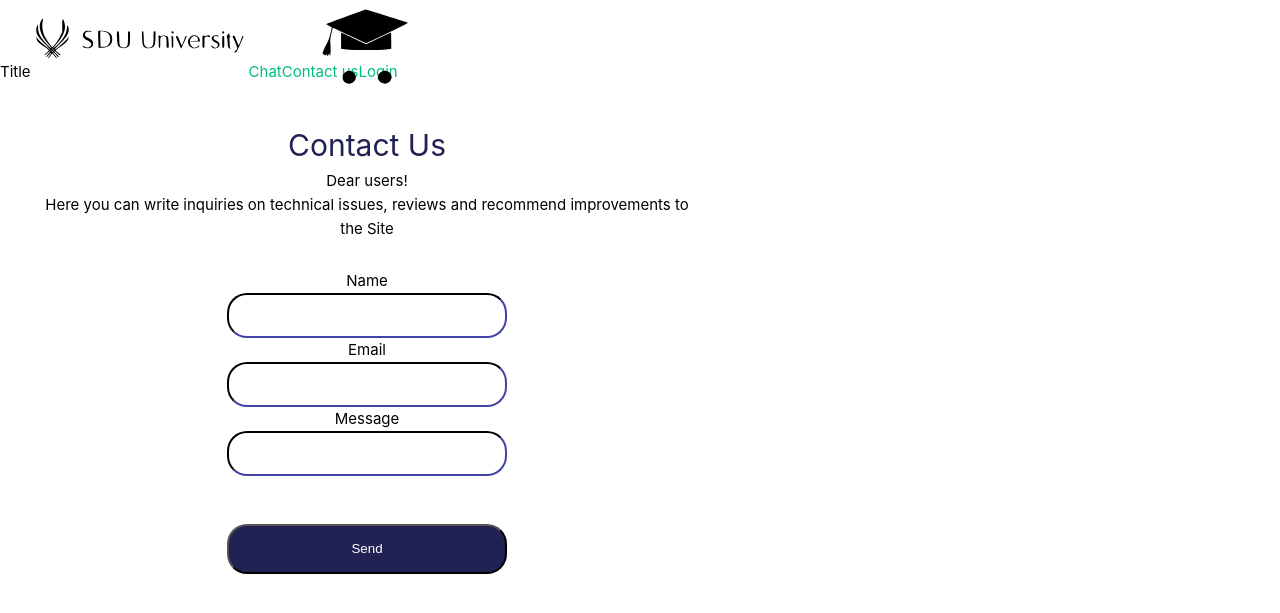
Repository: tolepbekova/Community_v.l
Page: /contact
These files come from the project's save history. The page is drawn as it stood at one moment and after the next save; the edit follows.
The browser window is 1280 px wide. The pictures show the whole page.
The project was rebuilt for these pictures with package versions that can differ from the ones it lists, and the page was loaded fresh each time. Also part of the build but not shown: vite.config.js, src/components/HelloWorld.vue, src/views/Login.vue. Imported but missing from the stored project, and not drawn on this page: src/views/Change.vue.

Above is the page before, as saved 2024-05-10 00:52:29.

After the next save:
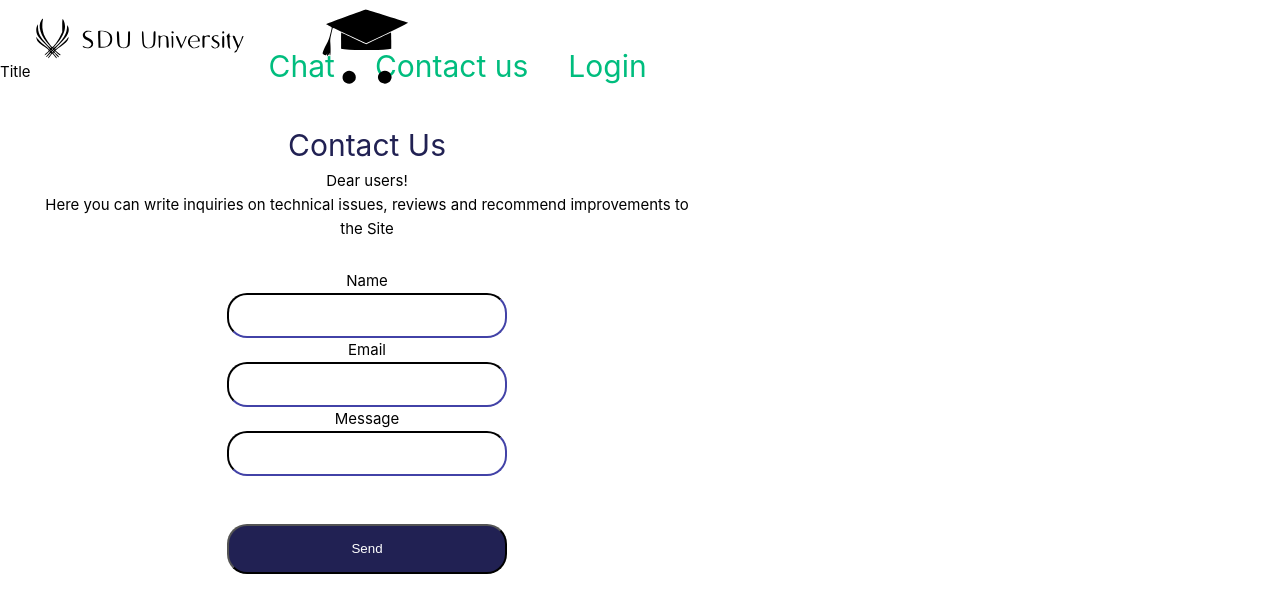
Saved 35 s later.
--- a/src/App.vue
+++ b/src/App.vue
@@ -56,8 +56,7 @@ import './assets/base.css'
     align-items: center;
     justify-content: center;
 }
-
-#navbar li {
+span  {
     list-style: none;
     padding: 0 20px;
     text-decoration: none;
